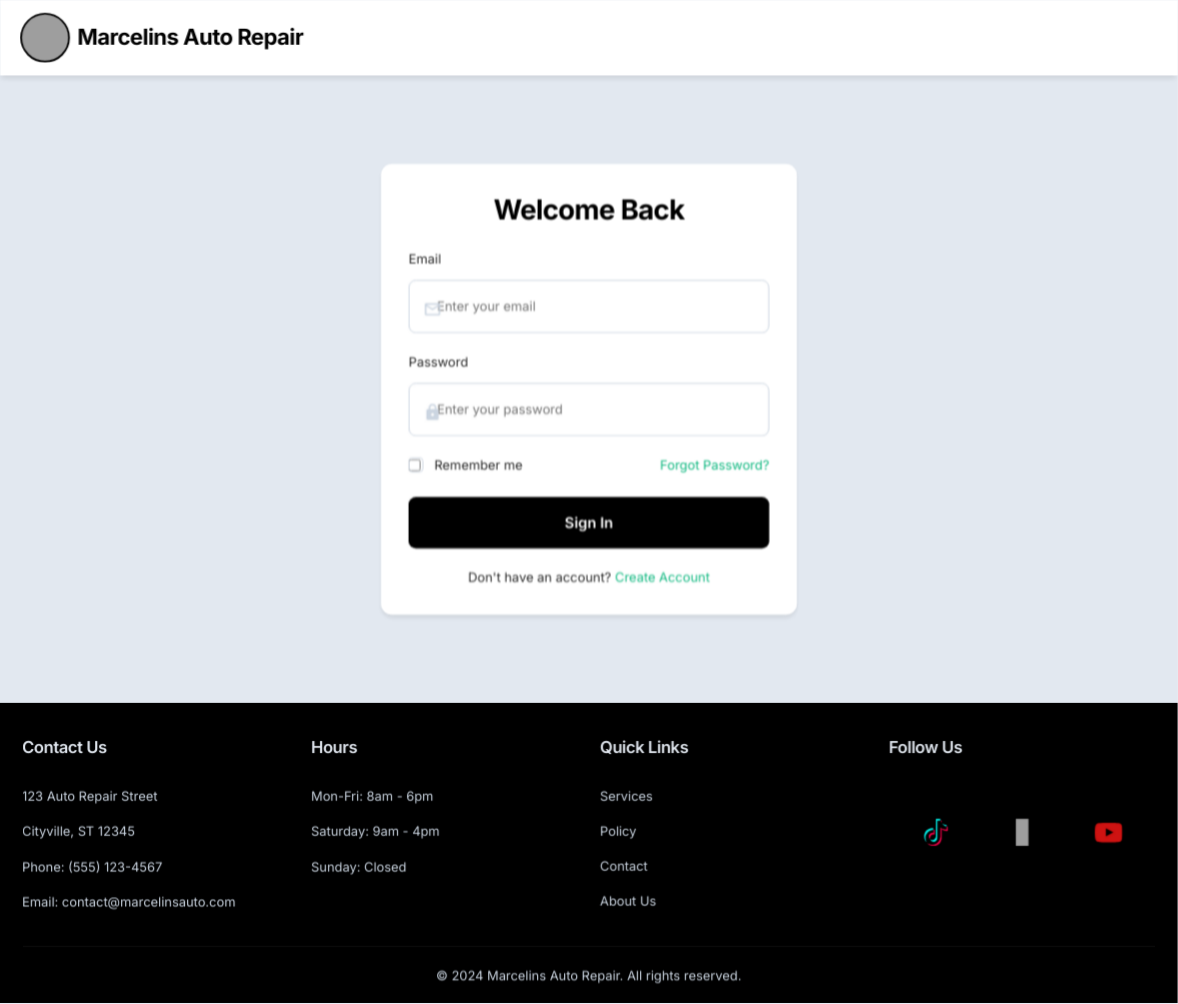
Repository: ilovegames507/twebsite-2
Page: frontend/public/login.html
These files come from the project's save history. The page is drawn as it stood at one moment and after the next save; the edit follows.
The browser window is 1280 px wide. The pictures show the whole page, at 92% of full size.
Pictures or frames that could not be fetched are drawn as grey boxes.

Above is the page before, as saved 2025-03-17 23:57:30.

After the next save:
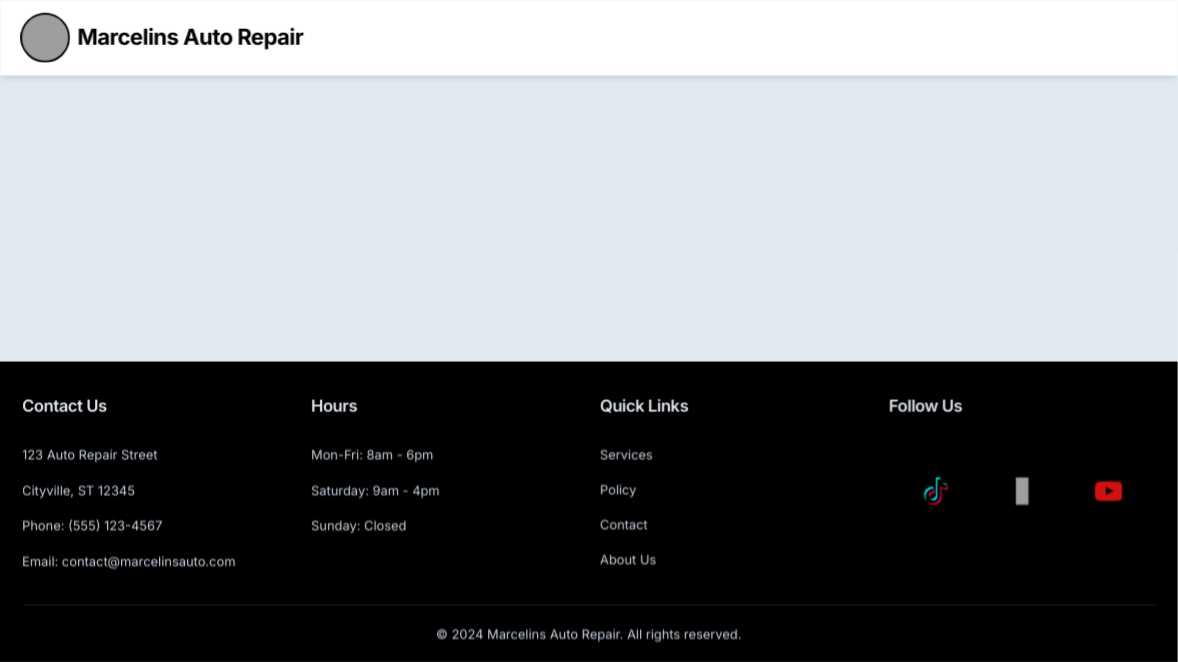
Saved 2 min 23 s later.
--- a/frontend/public/login.html
+++ b/frontend/public/login.html
@@ -46,88 +46,47 @@
   </header>
   <section class="auth">
     <div class="auth__container">
-      <!-- Login Form -->
-      <div class="auth__form active" id="loginForm">
-        <h2 class="auth__title">Welcome Back</h2>
-        <form class="auth__content">
-          <div class="auth__field">
-            <label class="auth__label">Email</label>
-            <input type="email" class="auth__input" placeholder="Enter your email" required>
-            <svg class="auth__icon" xmlns="http://www.w3.org/2000/svg" viewBox="0 0 24 24" fill="currentColor">
-              <path d="M20 4H4c-1.1 0-1.99.9-1.99 2L2 18c0 1.1.9 2 2 2h16c1.1 0 2-.9 2-2V6c0-1.1-.9-2-2-2zm0 14H4V8l8 5 8-5v10zm-8-7L4 6h16l-8 5z"/>
-            </svg>
-          </div>
+        <div class="auth__form">
+            <h2 class="auth__title">Welcome Back</h2>
+            <form class="auth__content">
+                <div class="auth__field">
+                    <label class="auth__label">Email</label>
+                    <div class="auth__input-container">
+                        <input type="email" class="auth__input" placeholder="Enter your email" required>
+                        <svg class="auth__icon" xmlns="http://www.w3.org/2000/svg" viewBox="0 0 24 24" fill="currentColor">
+                            <path d="M20 4H4c-1.1 0-1.99.9-1.99 2L2 18c0 1.1.9 2 2 2h16c1.1 0 2-.9 2-2V6c0-1.1-.9-2-2-2zm0 14H4V8l8 5 8-5v10zm-8-7L4 6h16l-8 5z"/>
+                        </svg>
+                    </div>
+                </div>
 
-          <div class="auth__field">
-            <label class="auth__label">Password</label>
-            <input type="password" class="auth__input" placeholder="Enter your password" required>
-            <svg class="auth__icon" xmlns="http://www.w3.org/2000/svg" viewBox="0 0 24 24" fill="currentColor">
-              <path d="M18 8h-1V6c0-2.76-2.24-5-5-5S7 3.24 7 6v2H6c-1.1 0-2 .9-2 2v10c0 1.1.9 2 2 2h12c1.1 0 2-.9 2-2V10c0-1.1-.9-2-2-2zm-6 9c-1.1 0-2-.9-2-2s.9-2 2-2 2 .9 2 2-.9 2-2 2zm3.1-9H8.9V6c0-1.71 1.39-3.1 3.1-3.1 1.71 0 3.1 1.39 3.1 3.1v2z"/>
-            </svg>
-          </div>
+                <div class="auth__field">
+                    <label class="auth__label">Password</label>
+                    <div class="auth__input-container">
+                        <input type="password" class="auth__input" placeholder="Enter your password" required>
+                        <svg class="auth__icon" xmlns="http://www.w3.org/2000/svg" viewBox="0 0 24 24" fill="currentColor">
+                            <path d="M18 8h-1V6c0-2.76-2.24-5-5-5S7 3.24 7 6v2H6c-1.1 0-2 .9-2 2v10c0 1.1.9 2 2 2h12c1.1 0 2-.9 2-2V10c0-1.1-.9-2-2-2zm-6 9c-1.1 0-2-.9-2-2s.9-2 2-2 2 .9 2 2-.9 2-2 2zm3.1-9H8.9V6c0-1.71 1.39-3.1 3.1-3.1 1.71 0 3.1 1.39 3.1 3.1v2z"/>
+                        </svg>
+                    </div>
+                </div>
 
-          <div class="auth__options">
-            <label class="auth__remember">
-              <input type="checkbox" class="auth__checkbox">
-              <span class="auth__checkmark"></span>
-              Remember me
-            </label>
-            <a href="#forgot" class="auth__link">Forgot Password?</a>
-          </div>
+                <div class="auth__options">
+                    <label class="auth__remember">
+                        <input type="checkbox" class="auth__checkbox">
+                        <span class="auth__checkmark"></span>
+                        Remember me
+                    </label>
+                    <a href="#forgot" class="auth__link">Forgot Password?</a>
+                </div>
 
-          <button type="submit" class="auth__button">Sign In</button>
+                <button type="submit" class="auth__button">Sign In</button>
 
-          <p class="auth__text">Don't have an account?
-            <a href="#signup" class="auth__link auth__link--switch">Create Account</a>
-          </p>
-        </form>
-      </div>
-
-      <!-- Sign Up Form -->
-      <div class="auth__form" id="signupForm">
-        <h2 class="auth__title">Create Account</h2>
-        <form class="auth__content">
-          <div class="auth__field">
-            <label class="auth__label">Full Name</label>
-            <input type="text" class="auth__input" placeholder="Enter your full name" required>
-            <svg class="auth__icon" xmlns="http://www.w3.org/2000/svg" viewBox="0 0 24 24" fill="currentColor">
-              <path d="M12 12c2.21 0 4-1.79 4-4s-1.79-4-4-4-4 1.79-4 4 1.79 4 4 4zm0 2c-2.67 0-8 1.34-8 4v2h16v-2c0-2.66-5.33-4-8-4z"/>
-            </svg>
-          </div>
-
-          <div class="auth__field">
-            <label class="auth__label">Email</label>
-            <input type="email" class="auth__input" placeholder="Enter your email" required>
-            <svg class="auth__icon" xmlns="http://www.w3.org/2000/svg" viewBox="0 0 24 24" fill="currentColor">
-              <path d="M20 4H4c-1.1 0-1.99.9-1.99 2L2 18c0 1.1.9 2 2 2h16c1.1 0 2-.9 2-2V6c0-1.1-.9-2-2-2zm0 14H4V8l8 5 8-5v10zm-8-7L4 6h16l-8 5z"/>
-            </svg>
-          </div>
-
-          <div class="auth__field">
-            <label class="auth__label">Password</label>
-            <input type="password" class="auth__input" placeholder="Create a password" required>
-            <svg class="auth__icon" xmlns="http://www.w3.org/2000/svg" viewBox="0 0 24 24" fill="currentColor">
-              <path d="M18 8h-1V6c0-2.76-2.24-5-5-5S7 3.24 7 6v2H6c-1.1 0-2 .9-2 2v10c0 1.1.9 2 2 2h12c1.1 0 2-.9 2-2V10c0-1.1-.9-2-2-2zm-6 9c-1.1 0-2-.9-2-2s.9-2 2-2 2 .9 2 2-.9 2-2 2zm3.1-9H8.9V6c0-1.71 1.39-3.1 3.1-3.1 1.71 0 3.1 1.39 3.1 3.1v2z"/>
-            </svg>
-          </div>
-
-          <div class="auth__field">
-            <label class="auth__label">Confirm Password</label>
-            <input type="password" class="auth__input" placeholder="Confirm your password" required>
-            <svg class="auth__icon" xmlns="http://www.w3.org/2000/svg" viewBox="0 0 24 24" fill="currentColor">
-              <path d="M18 8h-1V6c0-2.76-2.24-5-5-5S7 3.24 7 6v2H6c-1.1 0-2 .9-2 2v10c0 1.1.9 2 2 2h12c1.1 0 2-.9 2-2V10c0-1.1-.9-2-2-2zm-6 9c-1.1 0-2-.9-2-2s.9-2 2-2 2 .9 2 2-.9 2-2 2zm3.1-9H8.9V6c0-1.71 1.39-3.1 3.1-3.1 1.71 0 3.1 1.39 3.1 3.1v2z"/>
-            </svg>
-          </div>
-
-          <button type="submit" class="auth__button">Sign Up</button>
-
-          <p class="auth__text">Already have an account?
-            <a href="#login" class="auth__link auth__link--switch">Sign In</a>
-          </p>
-        </form>
-      </div>
+                <p class="auth__text">Don't have an account?
+                    <a href="signup.html" class="auth__link">Create Account</a>
+                </p>
+            </form>
+        </div>
     </div>
-  </section>
+</section>
 
 
   <footer class="footer">
